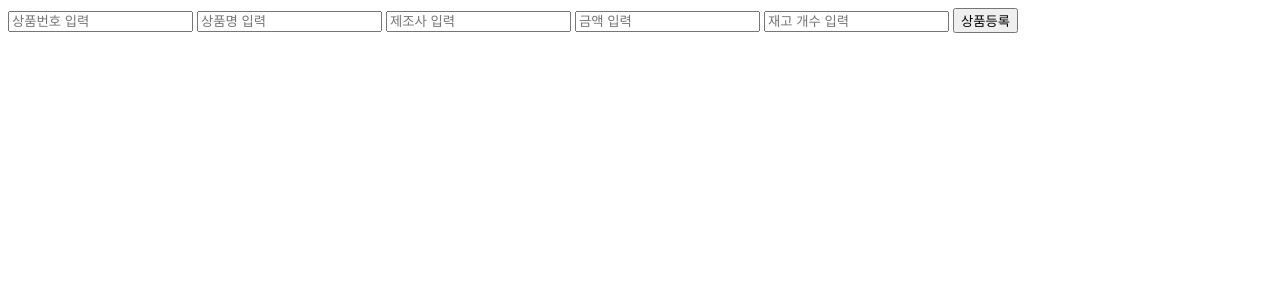
Repository: phantom5820/Spring
Page: http://localhost/Product_Test/product_manager.jsp
An editor plug-in stored every save of this project. The page is shown before and after the next save, followed by the edit.
The browser window is 1280 px wide. The pictures show the whole page.
The page is served by Tomcat 9.

Above is the page before, as saved 2021-01-27 10:05:43.

After the next save:
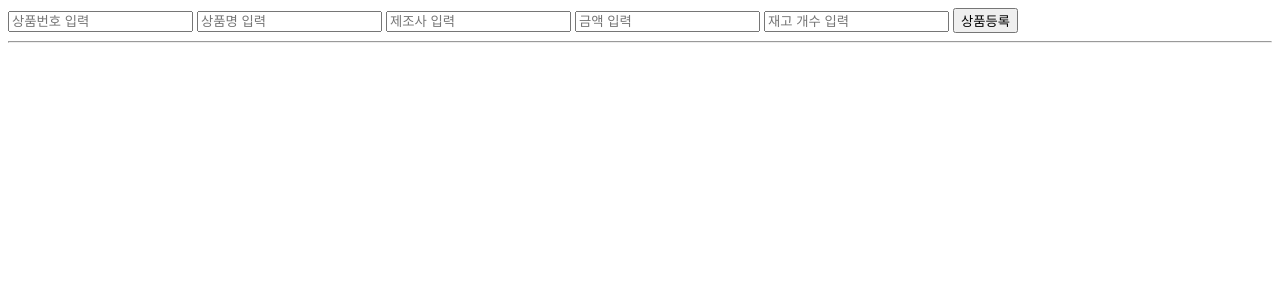
Saved 31 s later.
--- a/Product_Test/WebContent/product_manager.jsp
+++ b/Product_Test/WebContent/product_manager.jsp
@@ -21,7 +21,7 @@
 					var arr = d.result;
 					var text = "";
 					for(i=0;i<arr.length;i++){
-						text += arr[i].pno + " " + arr[i].pname + " " + arr[i].maker + " " + arr[i].price + " " + arr[i].ea + "<hr>";
+						text += arr[i].pno + " " + arr[i].pname + " " + arr[i].maker + " " + arr[i].price + " " + arr[i].ea + "<br>";
 					}
 					$("div").html(text)
 				},
@@ -60,7 +60,7 @@
 		<input type="text" name = "ea" placeholder="재고 개수 입력">
 		<button type="button">상품등록</button>
 	</form>
-	<br>
+	<hr>
 	<div>
 
 	</div>
